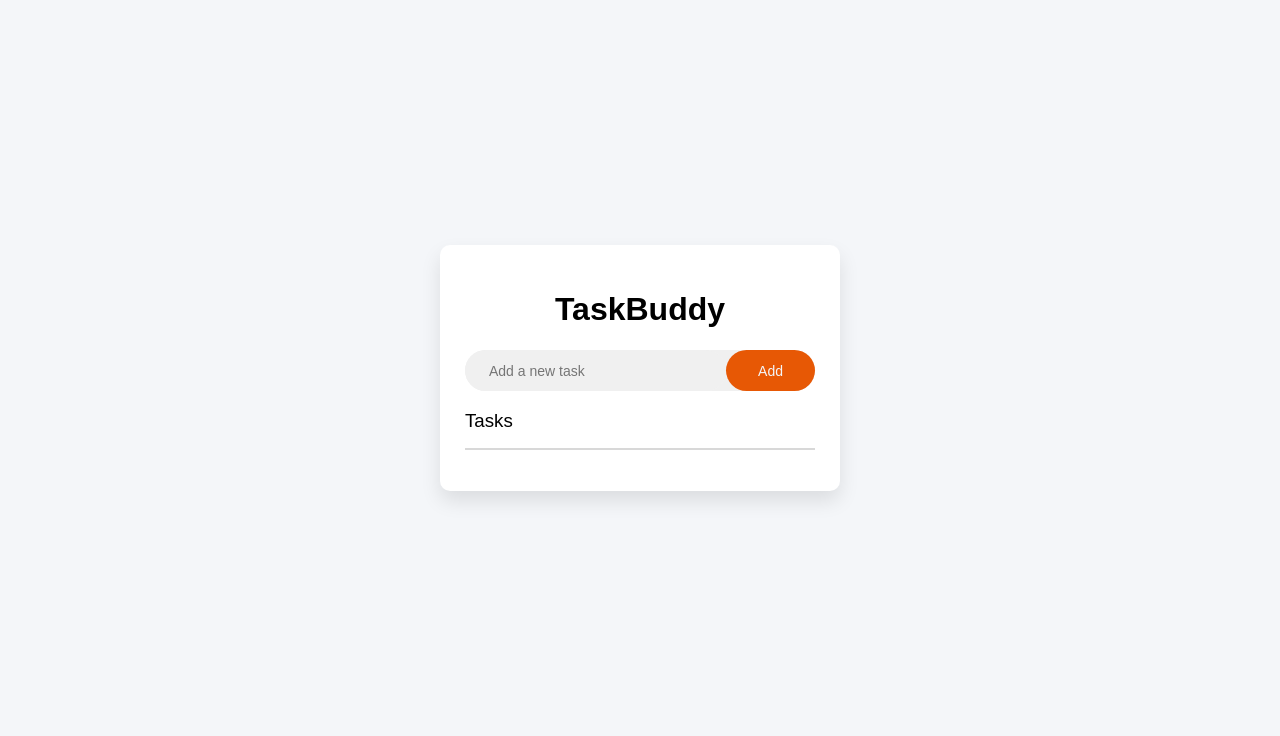
Repository: yogeshnandwani/taskbuddy-todo
Page: index.html
The author's editor kept a copy of each file at every save. The page is drawn from the files as they stood at one save, then again after the next save.
The browser window is 1280 px wide. The pictures show the whole page.

Above is the page before, as saved 2026-03-16 20:18:53.

### index.html
<!DOCTYPE html>
<html lang="en">
<head>
<meta charset="UTF-8">
<title>TaskBuddy</title>
<link rel="stylesheet" href="css/style.css">
</head>

<body>

<div class="app">

<h1>TaskBuddy</h1>

<div class="task-input">
<input type="text" id="taskInput" placeholder="Add a new task">
<button id="addBtn">Add</button>
</div>

<h3 class="task-heading">Tasks</h3>
<ul id="taskList">
</ul>

</div>

<script src="js/script.js"></script>

</body>
</html>

### css/style.css
body{
    font-family: Arial, sans-serif;
    background:#f4f6f9;
    display:flex;
    justify-content:center;
    align-items:center;
    height:100vh;
}

.app{
    background:white;
    padding:25px;
    border-radius:10px;
    width:350px;
    box-shadow:0 10px 20px rgba(0,0,0,0.1);
}

h1{
    text-align:center;
}

.task-input{
    display:flex;
    border-radius: 50px;
    background-color: #f0f0f0;
}

input{
    flex:1;
    padding:8px;
    border: none;
    border-radius: 50px;
    padding: 0.8rem 1.5rem;
    background-color: #f0f0f0;
    font-size: 14px;
}

input:focus{
    outline: none;
}

#addBtn{
    padding:0.8rem 2rem;
    border: none;
    border-radius: 50px;
    background-color: #e75805;
    color: #f4f6f9;
    cursor:pointer;
    font-size: 14px;
}

ul{
    display: flex;
    padding: 0;
    flex-direction: column;
    justify-content: center;
    align-items: center;
    border-top: 1px solid #00000027;
    border-bottom: 1px solid #00000027;
}

.task-heading{
    align-self: flex-start;
    font-weight: 500;
    margin-bottom: 5px;
    color: #000;
}

li{
    display: flex;
    align-items: center;
    padding: 12px 0;
    justify-content: space-between;
    width: 100%;
    display:flex;
    justify-content:space-between;
    color: #333;
}

li:not(:last-child){
    border-bottom: 1px solid #00000027;
}

li .delete {
    width: 1.5rem;
    height: 1.5rem;
    border: none;
    background-color: transparent;
    display: flex;
    align-items: center;
    justify-content: center;
    cursor: pointer;
    border-radius: 50%;
}

li .delete img {
    width: 1.5rem;
    height: auto;
    object-fit: contain;
    border-radius: 50%;
    filter: saturate(0);
    transition: all 0.1s ease-in;
}

li .delete:hover img{
    filter: saturate(1);
}

### js/script.js
const input = document.getElementById("taskInput")
const addBtn = document.getElementById("addBtn")
const list = document.getElementById("taskList")
let tasks = JSON.parse(localStorage.getItem("tasks")) || []

addBtn.addEventListener("click", addTask)

function addTask() {
    const taskText = input.value.trim()

    if (taskText === "") return

    tasks.push(taskText)

    saveTasks()

    input.value = ""
}

function saveTasks(){
    localStorage.setItem("tasks", JSON.stringify(tasks))
    renderTasks()
}

function renderTasks(){
    list.innerHTML = ""

    tasks.forEach(task => {

        const li = document.createElement("li")

        li.innerHTML = `
        <span>${task}</span>
        <button class="delete">
            <img src="images/delete.png" alt="Delete icon">
        </button>
        `

        list.appendChild(li)
    })
}

list.addEventListener("click", function(e){
    const deleteBtn = e.target.closest(".delete")

    if(deleteBtn){

        const index = [...list.children].indexOf(deleteBtn.parentElement)

        tasks.splice(index,1)

        saveTasks()
    }
})

renderTasks()

After the next save:
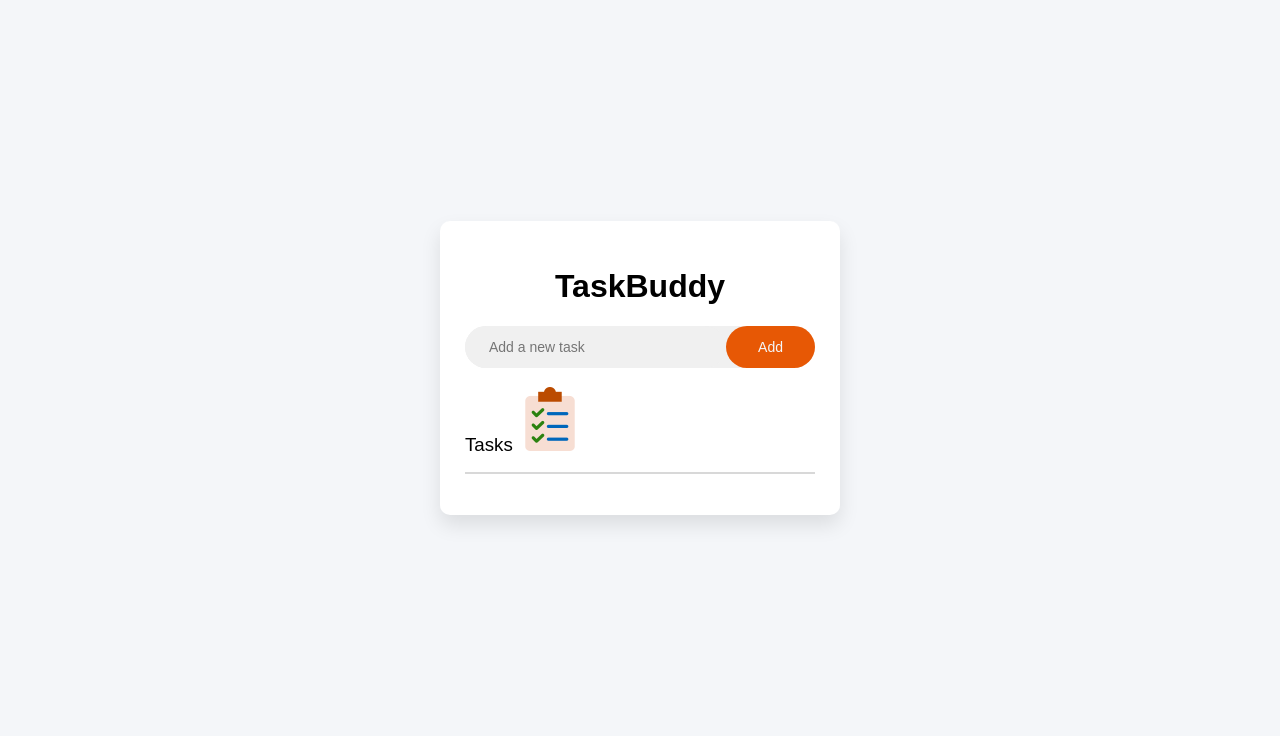
Saved 5 s later.
--- a/index.html
+++ b/index.html
@@ -17,7 +17,9 @@
 <button id="addBtn">Add</button>
 </div>
 
-<h3 class="task-heading">Tasks</h3>
+<h3 class="task-heading">Tasks <span>
+    <img src="images/tasks.png" alt="">
+</span></h3>
 <ul id="taskList">
 </ul>
 
